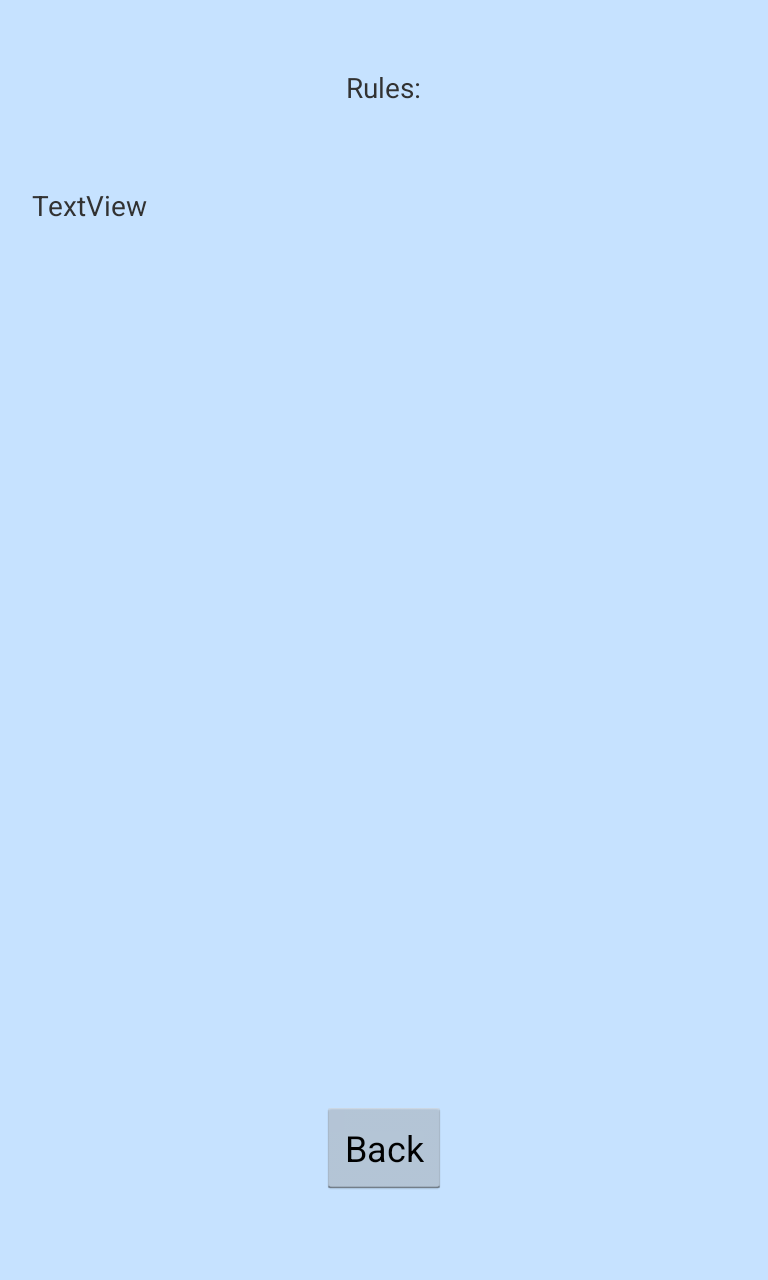
Repository: amittttt/Android-HP
Layout: Gameassgnmnt/res/layout/activity_rules.xml
The author's editor kept a copy of each file at every save. The layout is drawn from the files as they stood at one save, then again after the next save.
It is drawn on a 768 x 1280 px phone screen (xhdpi) without system bars, with theme AppTheme; the app's code is not run.

Above is the layout before, as saved 2016-05-13 18:49:01.

### Gameassgnmnt/res/layout/activity_rules.xml
<RelativeLayout xmlns:android="http://schemas.android.com/apk/res/android"
    xmlns:tools="http://schemas.android.com/tools"
    android:layout_width="match_parent"
    android:layout_height="match_parent"
    android:paddingBottom="@dimen/activity_vertical_margin"
    android:paddingLeft="@dimen/activity_horizontal_margin"
    android:paddingRight="@dimen/activity_horizontal_margin"
    android:paddingTop="@dimen/activity_vertical_margin"
    android:background="#c6e2ff"
    tools:context=".Rules" >

    <Button
        android:id="@+id/button1"
        android:layout_width="wrap_content"
        android:layout_height="wrap_content"
        android:layout_alignParentBottom="true"
        android:layout_centerHorizontal="true"
        android:layout_marginBottom="26dp"
        android:onClick="back"
        android:text="Back" />

    <TextView
        android:id="@+id/textView1"
        android:layout_width="wrap_content"
        android:layout_height="wrap_content"
        android:layout_alignParentTop="true"
        android:layout_centerHorizontal="true"
        android:layout_marginTop="18dp"
        android:text="Rules:" />

    <TextView
        android:id="@+id/textView2"
        android:layout_width="wrap_content"
        android:layout_height="wrap_content"
        android:layout_alignParentLeft="true"
        android:layout_alignParentRight="true"
        android:layout_below="@+id/textView1"
        android:layout_marginTop="40dp"
        android:text="TextView" />

</RelativeLayout>

Loaded but not shown: Gameassgnmnt/res/values/styles.xml (common file); Gameassgnmnt/res/values-v11/styles.xml (common file); Gameassgnmnt/res/values-v14/styles.xml (common file); Gameassgnmnt/res/values/dimens.xml (common file)

After the next save:
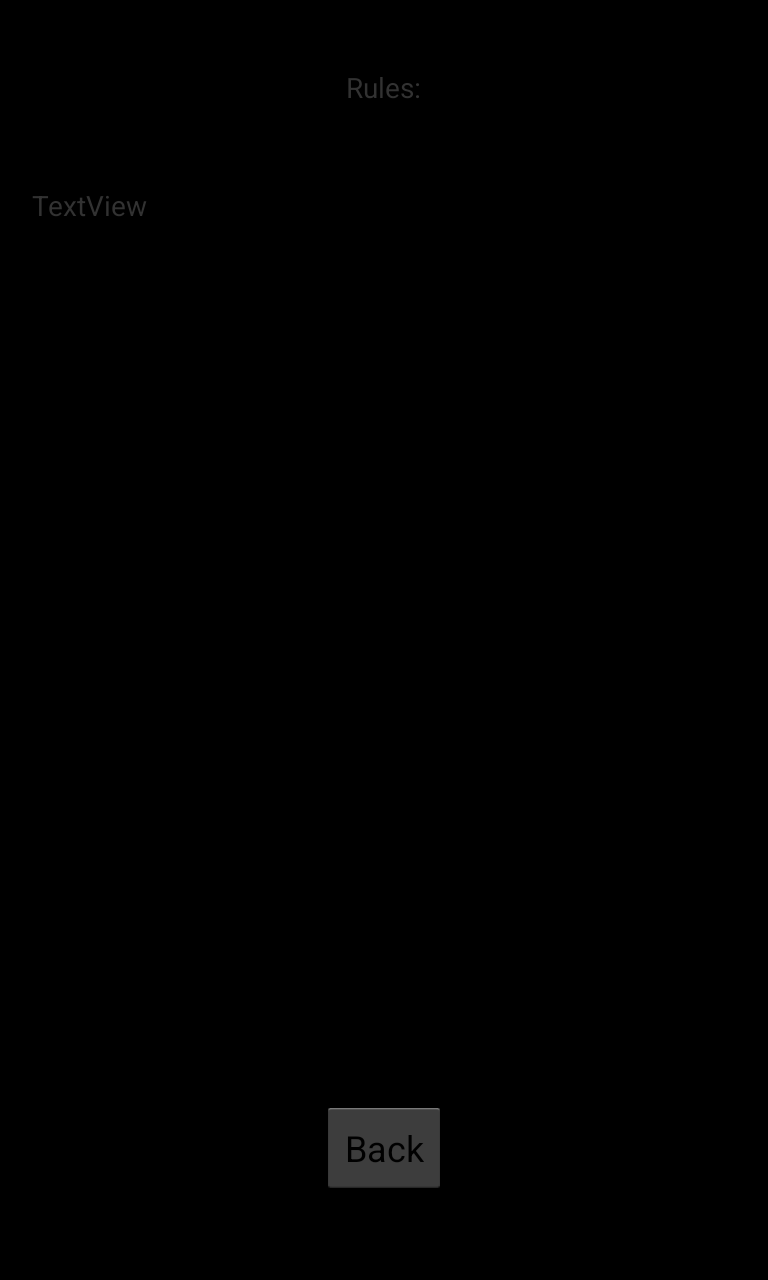
Saved 41 s later.
--- a/Gameassgnmnt/res/layout/activity_rules.xml
+++ b/Gameassgnmnt/res/layout/activity_rules.xml
@@ -6,7 +6,7 @@
     android:paddingLeft="@dimen/activity_horizontal_margin"
     android:paddingRight="@dimen/activity_horizontal_margin"
     android:paddingTop="@dimen/activity_vertical_margin"
-    android:background="#c6e2ff"
+    android:background="#000000"
     tools:context=".Rules" >
 
     <Button
